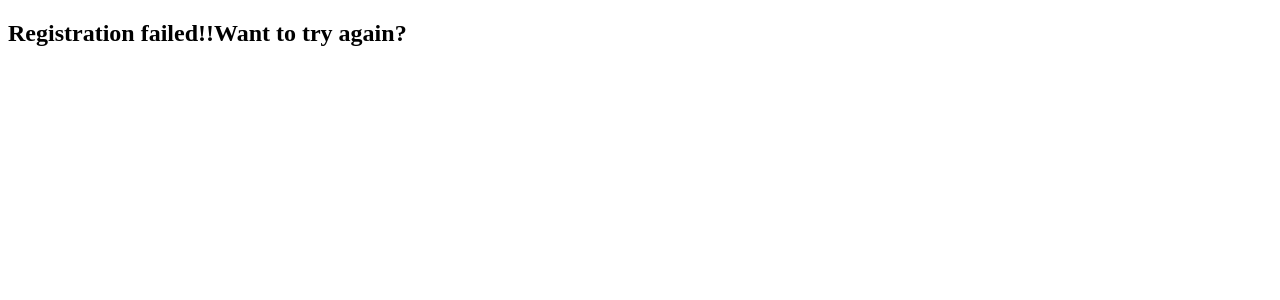
Repository: sultanaNargis03/IndustryReadyJavaSpringBoot
Page: Servlet/workspace/Learningportal/src/main/webapp/failregister.html
An editor plug-in stored every save of this project. The page is shown before and after the next save, followed by the edit.
The browser window is 1280 px wide. The pictures show the whole page.

Above is the page before, as saved 2023-12-07 12:56:02.

### Servlet/workspace/Learningportal/src/main/webapp/failregister.html
<!DOCTYPE html>
<html>
<head>
<meta charset="ISO-8859-1">
<title>Fail to Register</title>
</head>
<body>
<h2>Registration failed!!Want to try again?</h2>
<a hreg=".register.html"></a>
</body>
</html>

After the next save:
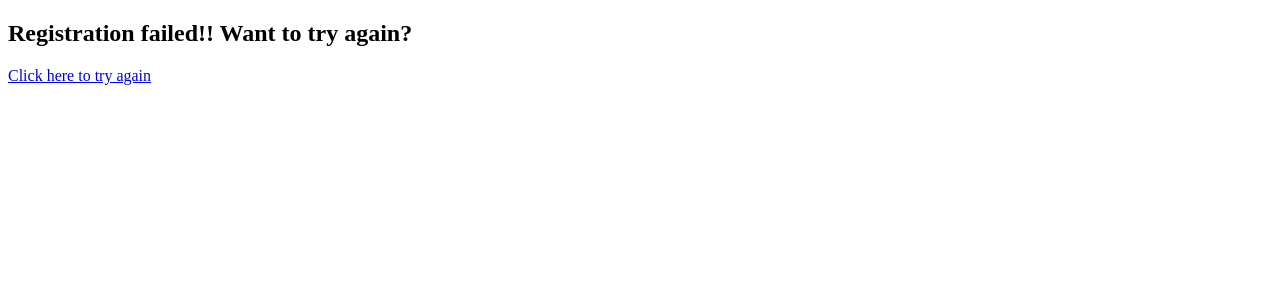
Saved 3 min 13 s later.
--- a/Servlet/workspace/Learningportal/src/main/webapp/failregister.html
+++ b/Servlet/workspace/Learningportal/src/main/webapp/failregister.html
@@ -2,10 +2,10 @@
 <html>
 <head>
 <meta charset="ISO-8859-1">
-<title>Fail to Register</title>
+<title>Fail to register</title>
 </head>
 <body>
-<h2>Registration failed!!Want to try again?</h2>
-<a hreg=".register.html"></a>
+<h2>Registration failed!! Want to try again?</h2>
+<a href='register.html'>Click here to try again </a>
 </body>
 </html>
